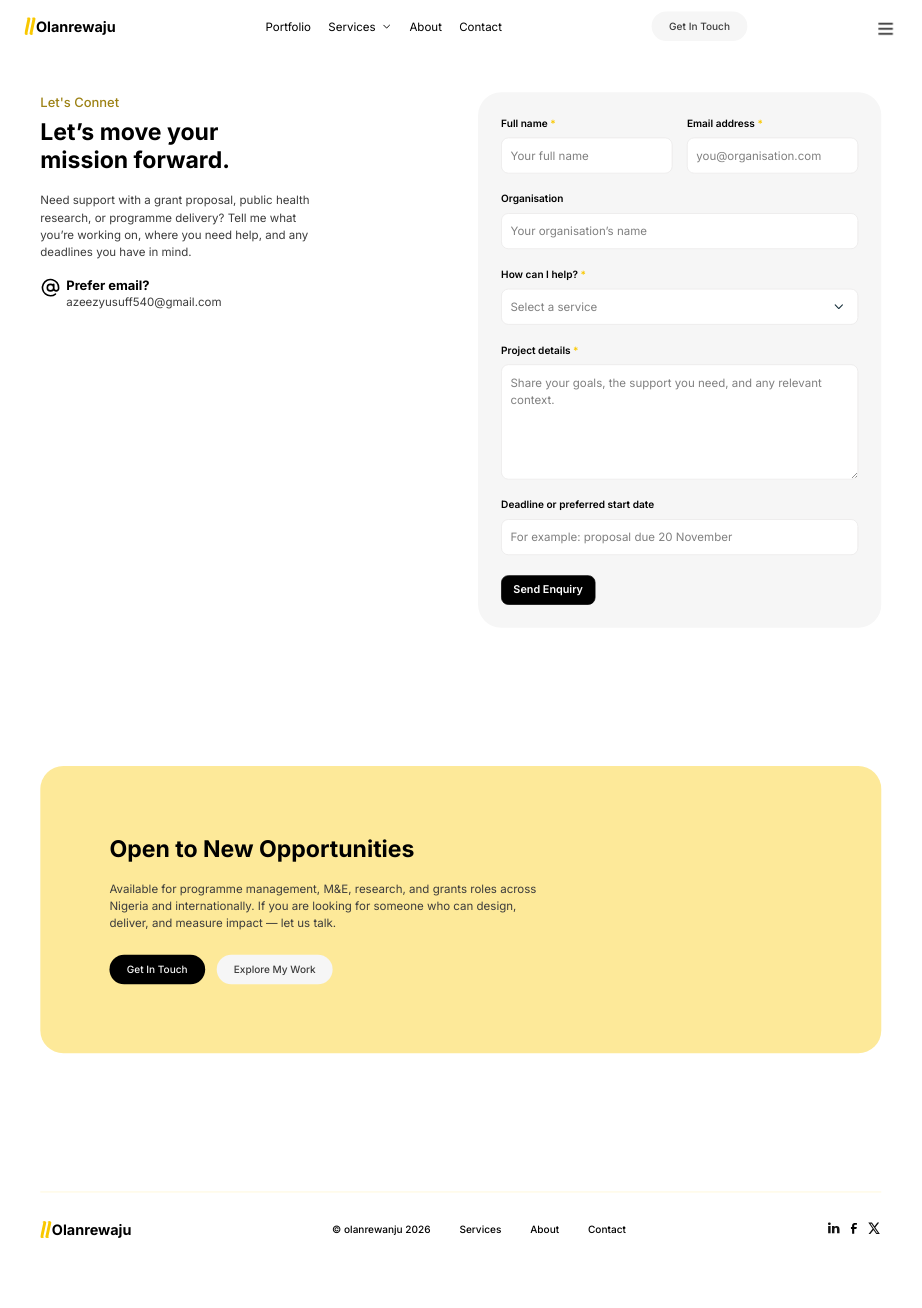
Repository: Ajeyinka/Yusuf-Olanrewaju
Page: contact.html
These files come from the project's save history. The page is drawn as it stood at one moment and after the next save; the edit follows.
The browser window is 1280 px wide. The pictures show the whole page, at 72% of full size.

Above is the page before, as saved 2026-10-21 09:28:06.

### contact.html
<!doctype html>
<html lang="en">
  <head>
    <meta charset="UTF-8" />
    <meta name="viewport" content="width=device-width, initial-scale=1.0" />
    <title>
      Contact | Yusuff Azeez Olanrewaju Public Health Professional · Programme
      Manager · Grants Strategist
    </title>
    <link rel="icon" type="image/x-icon" href="images/logo.svg" />
    <link rel="stylesheet" href="styles.css" />
    <script src="script.js" defer></script>
  </head>
  <body>
    <nav class="navbar">
      <div class="nav-wrapper">
        <a class="logo" href="/">
          <img src="images/logo.svg" alt="Olanrewaju logo" />
          <h3>Olanrewaju</h3>
        </a>

        <ul class="nav-list" id="nav-list">
          <li>
            <a href="work.html#work">Portfolio</a>
          </li>

          <!-- Services dropdown -->
          <li class="nav-dropdown">
            <button
              class="dropdown-toggle"
              id="services-toggle"
              aria-expanded="false"
              aria-controls="services-menu"
              type="button"
            >
              <a href="services.html">Services</a>
              <svg
                class="dropdown-arrow"
                xmlns="http://www.w3.org/2000/svg"
                width="16"
                height="16"
                viewBox="0 0 24 24"
                fill="none"
                stroke="currentColor"
                stroke-width="2"
                stroke-linecap="round"
                stroke-linejoin="round"
                aria-hidden="true"
              >
                <path d="m6 9 6 6 6-6"></path>
              </svg>
            </button>

            <ul class="dropdown-menu" id="services-menu">
              <li>
                <a href="programme-management.html">
                  <span class="service-title"
                    >Programme Management and Implementation</span
                  >
                  <span class="service-desc"
                    >Design, coordinate and deliver health and social
                    development programmes</span
                  >
                </a>
              </li>

              <li>
                <a href="meal.html">
                  <span class="service-title"
                    >Monitoring, Evaluation, and Learning (MEAL)</span
                  >
                  <span class="service-desc"
                    >Logframes, indicators, data systems, and donor
                    reporting</span
                  >
                </a>
              </li>

              <li>
                <a href="grant-writing.html">
                  <span class="service-title"
                    >Grant Writing & Funding Strategy</span
                  >
                  <span class="service-desc">Compelling funding proposals</span>
                </a>
              </li>

              <li>
                <a href="grant-contracting.html">
                  <span class="service-title"
                    >Government Contracting & Proposals</span
                  >
                  <span class="service-desc"
                    >Compete With Structure.Respond With Confidence.</span
                  >
                </a>
              </li>

              <li>
                <a href="capture-development.html">
                  <span class="service-title"
                    >Capture & Pipeline Development</span
                  >
                  <span class="service-desc"
                    >Build a sustainable funding pipeline</span
                  >
                </a>
              </li>

              <li>
                <a href="nonprofit-formation.html">
                  <span class="service-title"
                    >Nonprofit Formating & IRS Filing</span
                  >
                  <span class="service-desc">Strengthen your organisation</span>
                </a>
              </li>

              <li>
                <a href="budget.html">
                  <span class="service-title"
                    >Budgets & Financial Narratives</span
                  >
                  <span class="service-desc"
                    >Build Budgets That Support Your Proposal.</span
                  >
                </a>
              </li>

              <li>
                <a href="commercial-rfp.html">
                  <span class="service-title"
                    >Commercial RFP & Bid Support</span
                  >
                  <span class="service-desc"
                    >Compete for Your Next Commercial Opportunity.</span
                  >
                </a>
              </li>
            </ul>
          </li>

          <li>
            <a href="about.html">About</a>
          </li>

          <li>
            <a href="contact.html">Contact</a>
          </li>
        </ul>

        <div class="btn-wrap">
          <a href="contact.html#consult" class="sec-btn"> Get In Touch </a>
        </div>

        <div class="btn-toggle-hold">
          <button
            class="toggle_buttons"
            id="toggle_buttons"
            type="button"
            aria-label="Open navigation menu"
            aria-expanded="false"
            aria-controls="nav-list"
          >
            <span class="bar one"></span>
            <span class="bar two"></span>
            <span class="bar three"></span>
          </button>
        </div>
      </div>
    </nav>
<main>
  <section class="hero-section" id="consult">
          <div class="container_large">
           <div class="padding_global">
              <div class="grid tops">


                <div class="grid-left">
                  <div>
                       <div class="eyebrow">Let's Connet</div>
                  <h2 class="larg">Let’s move your mission forward.</h2>
                  </div>

                  <p>Need support with a grant proposal, public health research, or programme delivery? Tell me what you’re working on, where you need help, and any deadlines you have in mind.</p>
                  <div class="check-list">
                    <div class="check">
                      <img src="images/gov.svg" alt="" class="emails">
                      <div><h3>Prefer email?</h3><p>azeezyusuff540@gmail.com</p></div>

                    </div>



                  </div>

                </div>
                <div class="grid-right">
                  <form class="contact-form" action="https://formsubmit.co/azeezyusuff540@gmail.com" method="POST">
  <div class="contact-form__row">
    <div class="contact-form__field">
      <label for="contact-name">Full name <span>*</span></label>
      <input
        type="text"
        id="contact-name"
        name="name"
        placeholder="Your full name"
        autocomplete="name"
        required
      />
    </div>

    <div class="contact-form__field">
      <label for="contact-email">Email address <span>*</span></label>
      <input
        type="email"
        id="contact-email"
        name="email"
        placeholder="you@organisation.com"
        autocomplete="email"
        required
      />
    </div>
  </div>

  <div class="contact-form__field">
    <label for="contact-organisation">Organisation</label>
    <input
      type="text"
      id="contact-organisation"
      name="organisation"
      placeholder="Your organisation’s name"
      autocomplete="organization"
    />
  </div>

  <div class="contact-form__field">
    <label for="contact-service">How can I help? <span>*</span></label>
    <select id="contact-service" name="service" required>
      <option value="" disabled selected>Select a service</option>
      <option value="grant-writing">
        Grant Writing &amp; Fundraising
      </option>
      <option value="programme-management">
        Programme Design &amp; Management
      </option>
      <option value="monitoring-evaluation">
        Monitoring, Evaluation &amp; Learning
      </option>
      <option value="public-health-research">
        Public Health Research
      </option>
      <option value="health-policy">
        Health Policy &amp; Advocacy
      </option>
      <option value="nonprofit-readiness">
        Nonprofit Grant Readiness
      </option>
      <option value="general-enquiry">Other / General Enquiry</option>
    </select>
  </div>

  <div class="contact-form__field">
    <label for="contact-details">Project details <span>*</span></label>
    <textarea
      id="contact-details"
      name="project_details"
      rows="5"
      placeholder="Share your goals, the support you need, and any relevant context."
      required
    ></textarea>
  </div>

  <div class="contact-form__field">
    <label for="contact-timeline">Deadline or preferred start date</label>
    <input
      type="text"
      id="contact-timeline"
      name="timeline"
      placeholder="For example: proposal due 20 November"
    />
  </div>

  <button type="submit" class="contact-form__submit primary-btn">
    Send Enquiry
  </button>
</form>
                </div>
              </div>


           </div>
</section>

 <section>
        <div class="container_large">
          <div class="padding_global">
            <div class="grid yellow">
              <div class="grid-left">
                <h2>Open to New Opportunities</h2>
                <p>
                  Available for programme management, M&E, research, and grants
                  roles across Nigeria and internationally. If you are looking
                  for someone who can design, deliver, and measure impact — let
                  us talk.
                </p>
                <div class="button-wrapper">
                  <a href="contact.html" class="primary-btn">Get In Touch</a>
                  <a href="work.html" class="sec-btn">Explore My Work</a>
                </div>
              </div>
            </div>
          </div>
        </div>
      </section>
</main>
 <footer>
      <div class="container_large">
        <div class="padding_global">
          <div class="footer-grid">
            <div class="name">
              <a class="logo" href="/">
                <img src="images/logo.svg" alt="logo" />
                <h3>Olanrewaju</h3>
              </a>
            </div>
            <div class="links">
              <ul class="footer-list">
                <li>© olanrewanju 2026</li>
                <li><a href="services.html">Services</a></li>
                <li><a href="about.html">About</a></li>
                <li><a href="contact.html">Contact</a></li>
              </ul>
            </div>
            <div class="social">
              <ul class="footer-lists">
                <li>
                  <a href="#services"><img src="images/linkedin.svg" /></a>
                </li>
                <li>
                  <a href="#services"><img src="images/fb.svg" /></a>
                </li>
                <li>
                  <a href="#services"><img src="images/x.svg" /></a>
                </li>
              </ul>
            </div>
          </div>
        </div>
      </div>
    </footer>
  </body>
</html>

Loaded but not shown: script.js (582 lines, source omitted); styles.css (1362 lines, source omitted)

After the next save:
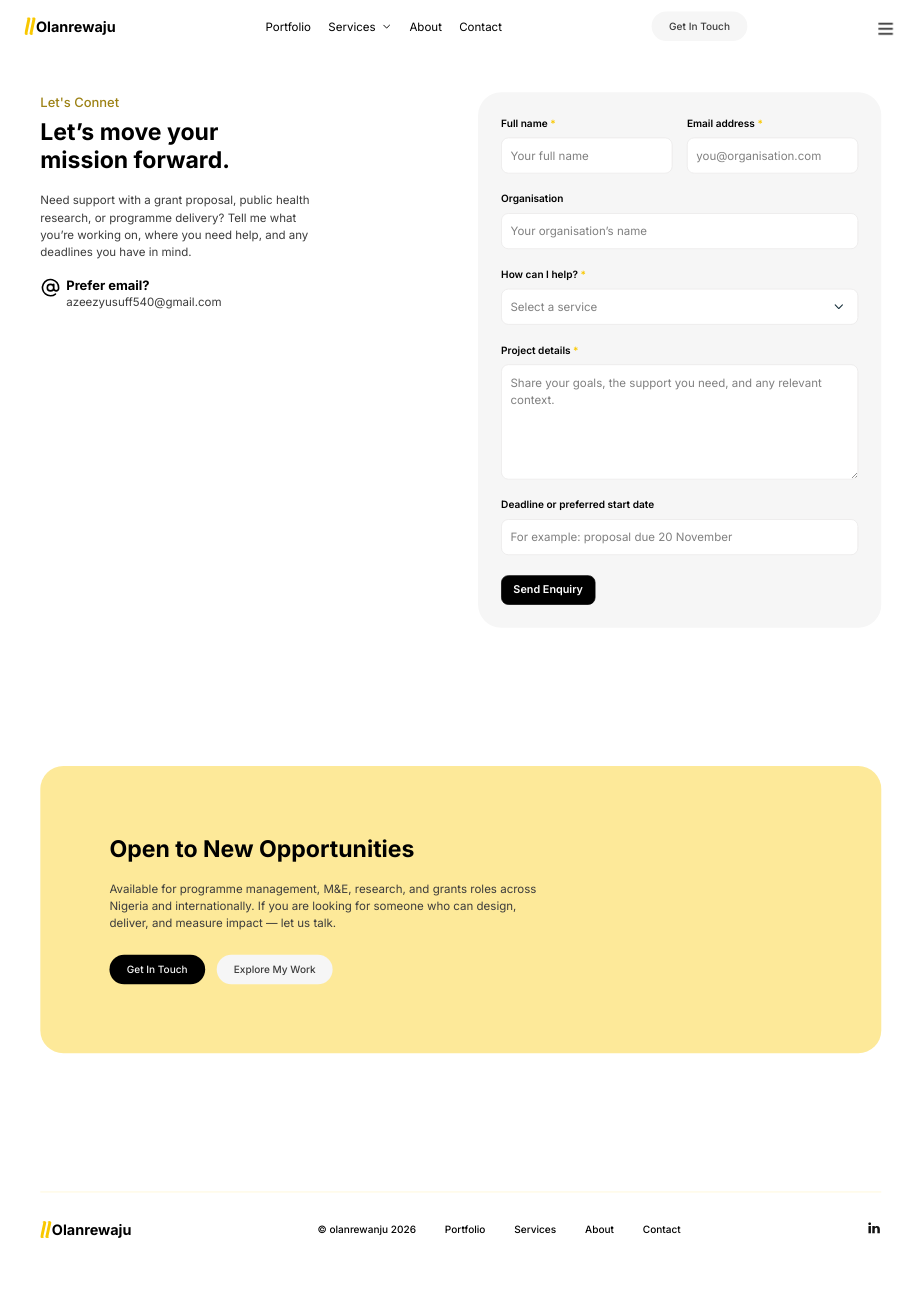
Saved 9 s later.
--- a/contact.html
+++ b/contact.html
@@ -327,7 +327,8 @@
             <div class="links">
               <ul class="footer-list">
                 <li>© olanrewanju 2026</li>
-                <li><a href="services.html">Services</a></li>
+                <li><a href="work.html">Portfolio</a></li>
+                 <li><a href="services.html">Services</a></li>
                 <li><a href="about.html">About</a></li>
                 <li><a href="contact.html">Contact</a></li>
               </ul>
@@ -335,14 +336,9 @@
             <div class="social">
               <ul class="footer-lists">
                 <li>
-                  <a href="#services"><img src="images/linkedin.svg" /></a>
+                  <a href="https://www.linkedin.com/in/yusuff-azeez-1bb0351b9?utm_source=share_via&utm_content=profile&utm_medium=member_ios"><img src="images/linkedin.svg" /></a>
                 </li>
-                <li>
-                  <a href="#services"><img src="images/fb.svg" /></a>
-                </li>
-                <li>
-                  <a href="#services"><img src="images/x.svg" /></a>
-                </li>
+
               </ul>
             </div>
           </div>
